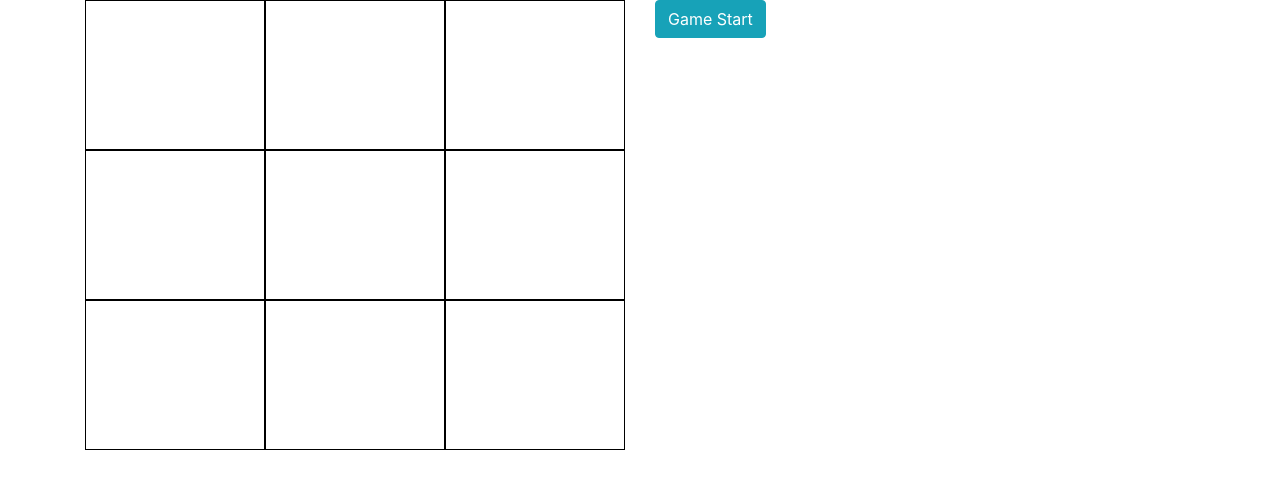
Repository: tts2610/Tic-Tac_Toe
Page: /
An editor plug-in stored every save of this project. The page is shown before and after the next save, followed by the edit.
The browser window is 1280 px wide. The pictures show the whole page.
The project was rebuilt for these pictures with package versions that can differ from the ones it lists, and the page was loaded fresh each time.

Above is the page before, as saved 2020-06-02 14:08:34.

### src/App.js
import React, { Component } from "react";
import "./App.css";
import Board from "./components/Board";
import "bootstrap/dist/css/bootstrap.min.css";
import { Row, Col, Container } from "react-bootstrap";
import HistoryBoard from "./components/HistoryBoard";
import * as mySetting from "./settings";

export default class App extends Component {
  state = {
    board: mySetting.board,
    currentMove: "",
    history: mySetting.history,
    currentPhase: 1,
  };
  onClickSquareHandle = (element) => {
    if (!element.isChecked) {
      this.setState(
        {
          currentMove: this.state.currentMove === "x" ? "o" : "x",
        },
        () => {
          const list = this.state.board.map((item, j) => {
            if (item.id === element.id && item.value === "") {
              return {
                id: item.id,
                value: this.state.currentMove,
                isChecked: true,
              };
            } else {
              return { id: item.id, value: item.value, isChecked: false };
            }
          });
          this.setState({ board: list }, () => {
            this.setState({ currentPhase: this.state.currentPhase + 1 });
            this.setState({
              history: {
                ...this.state.history,
                [this.state.currentPhase]: this.state.board,
              },
            });
          });
        }
      );
    }
    console.log(this.state.history);
  };
  render() {
    return (
      <div className="App">
        <Container>
          <Row>
            <Col>
              <Board
                board={this.state.board}
                onClick={this.onClickSquareHandle}
              />
            </Col>
            <Col>
              <HistoryBoard history={this.state.history} />
            </Col>
          </Row>
        </Container>
      </div>
    );
  }
}

### src/App.css
.box {
    min-width: max-content;
    height: 150px;
    border: 1px solid black;
}

.myLi {
    list-style-type: none;
}

### src/components/Board.js
import React, { Component } from "react";
import Square from "./Square";
import { Row, Col } from "react-bootstrap/";
import * as mySetting from "../settings";

export default function Board({ board, onClick }) {
  let renderSquare = (row) => {
    let rowSquare = [];
    board.forEach((element) => {
      if (element.id[0] === row)
        rowSquare.push(
          <Col sm={4} style={mySetting.styles.col} key={element.id}>
            <Square value={element.value} onClick={() => onClick(element)} />
          </Col>
        );
    });
    return rowSquare;
  };

  return (
    <>
      <Row style={mySetting.styles.row}>{renderSquare(0)}</Row>
      <Row style={mySetting.styles.row}>{renderSquare(1)}</Row>
      <Row style={mySetting.styles.row}>{renderSquare(2)}</Row>
    </>
  );
}

### src/components/HistoryBoard.js
import React from "react";

export default function HistoryBoard({ history }) {
  let keys = Object.keys(history);
  return (
    <div>
      {keys.map((element, index) => {
        if (index === 0)
          return (
            <li key={index} className="myLi">
              <button type="button" className="btn btn-info">
                Game Start
              </button>
            </li>
          );
        return (
          <li key={index} className="myLi">
            <button type="button" className="btn btn-light">
              Phase {element}
            </button>
          </li>
        );
      })}
    </div>
  );
}

### src/settings.js
export const styles = {
  grid: {
    paddingLeft: 0,
    paddingRight: 0,
  },
  row: {
    marginLeft: 0,
    marginRight: 0,
  },
  col: {
    paddingLeft: 0,
    paddingRight: 0,
  },
};

export const board = [
  {
    id: [0, 0],
    value: "",
    isChecked: false,
  },
  {
    id: [0, 1],
    value: "",
    isChecked: false,
  },
  {
    id: [0, 2],
    value: "",
    isChecked: false,
  },
  {
    id: [1, 0],
    value: "",
    isChecked: false,
  },
  {
    id: [1, 1],
    value: "",
    isChecked: false,
  },
  {
    id: [1, 2],
    value: "",
    isChecked: false,
  },
  {
    id: [2, 0],
    value: "",
    isChecked: false,
  },
  {
    id: [2, 1],
    value: "",
    isChecked: false,
  },
  {
    id: [2, 2],
    value: "",
    isChecked: false,
  },
];

export const history = { 0: board };

### src/components/Square.js
import React from "react";

export default function Square({ value, onClick }) {
  return (
    <div className="box" onClick={() => onClick(value)}>
      {value}
    </div>
  );
}

Loaded but not shown: public/index.html (common file); src/index.js (common file); src/index.css (common file); src/serviceWorker.js (common file)

After the next save:
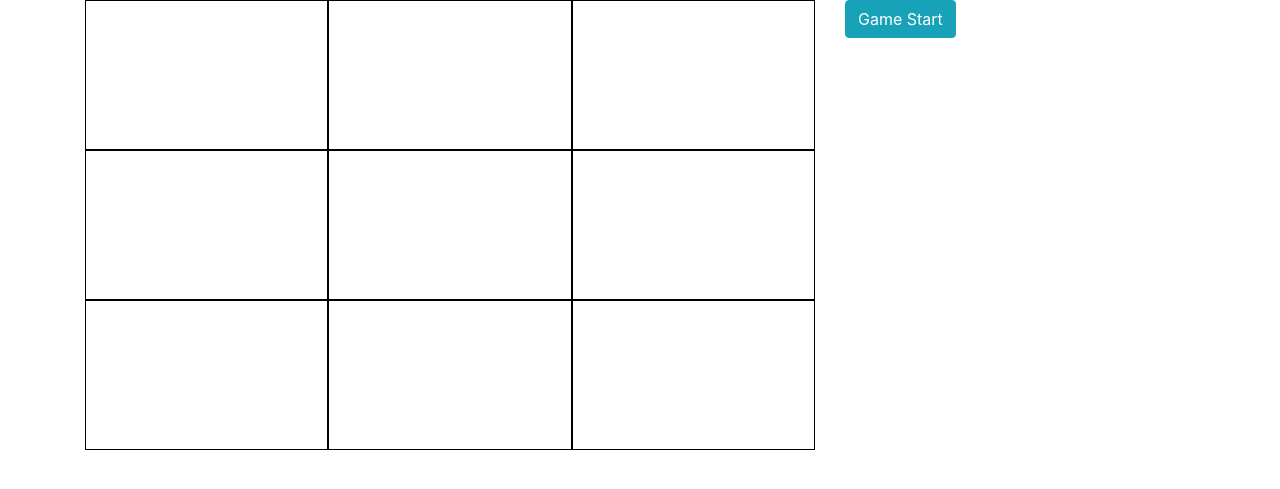
Saved 29 s later.
--- a/src/App.js
+++ b/src/App.js
@@ -50,13 +50,13 @@ export default class App extends Component {
       <div className="App">
         <Container>
           <Row>
-            <Col>
+            <Col sm={8}>
               <Board
                 board={this.state.board}
                 onClick={this.onClickSquareHandle}
               />
             </Col>
-            <Col>
+            <Col sm={4}>
               <HistoryBoard history={this.state.history} />
             </Col>
           </Row>
